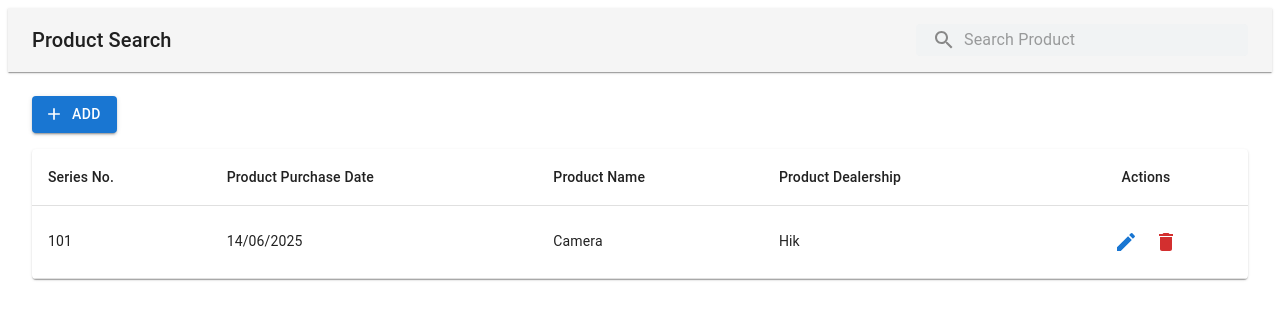
Repository: Sharathguru/Product_Task
Page: / (app in Frontend/)
An editor plug-in stored every save of this project. The page is shown before and after a run of saves, followed by the edit.
The browser window is 1280 px wide. The pictures show the whole page.
The project was rebuilt for these pictures with package versions that can differ from the ones it lists, and the page was loaded fresh each time. Requests to the local data server were answered from the project's data file. Also part of the build but not shown: Frontend/vite.config.js, Frontend/src/index.css, Frontend/src/Pages/Insert.jsx, Frontend/src/Pages/Update.jsx, Frontend/src/Pages/Delete.jsx.

Above is the page before, as saved 2025-06-13 15:46:41.

### Frontend/src/App.jsx
import React from 'react'
import { BrowserRouter, Route, Routes } from 'react-router-dom'
import { ToastContainer } from 'react-toastify';
import 'react-toastify/dist/ReactToastify.css';
import Home from './Components/Home'
import Insert from './Pages/Insert'
import Update from './Pages/Update'
import Fetch from './Pages/Fetch'
import Delete from './Pages/Delete'

const App = () => {
  return (
    <>
      <ToastContainer position="top-right" autoClose={2000} />
      <BrowserRouter>
      <Routes>
        <Route path="/" element={<Home />} />
        <Route path="/insert" element={<Insert />} />
        <Route path="/update" element={<Update />} />
        <Route path="/fetch" element={<Fetch />} />
        <Route path="/delete" element={<Delete />} />
      </Routes>
        {/* <Route path="*" element={<h1>404 Not Found</h1>} /> */}
      </BrowserRouter>
    </>
  )
}

export default App

### Frontend/src/Components/Home.jsx
import React from "react";
import Navbar from "./Navbar";
import Fetch from "../Pages/Fetch";

const Home = () => {
  const [search, setSearch] = React.useState("");

  return (
    <div>
      <Navbar search={search} setSearch={setSearch} />
      <Fetch search={search} />
    </div>
  );
};

export default Home;

### Frontend/src/Pages/Fetch.jsx
import React from "react";
import axios from "../axios/axios.js";
import { useNavigate } from "react-router-dom";
import DeleteIcon from "@mui/icons-material/Delete";
import EditIcon from "@mui/icons-material/Edit";
import AddIcon from "@mui/icons-material/Add";
import Table from "@mui/material/Table";
import TableBody from "@mui/material/TableBody";
import TableCell from "@mui/material/TableCell";
import TableContainer from "@mui/material/TableContainer";
import TableHead from "@mui/material/TableHead";
import TableRow from "@mui/material/TableRow";
import Paper from "@mui/material/Paper";
import IconButton from "@mui/material/IconButton";
import InputBase from "@mui/material/InputBase";
import Box from "@mui/material/Box";
import SearchIcon from "@mui/icons-material/Search";
import Button from "@mui/material/Button";
import { toast } from "react-toastify";

const Fetch = ({ search }) => {
  const [products, setProducts] = React.useState([]);
  const [error, setError] = React.useState("");
  const navigate = useNavigate();

  const fetchData = async () => {
    try {
      const res = await axios.get("/user");
      setProducts(res.data);
    } catch (err) {
      setError("Failed to fetch data.");
    }
  };

  React.useEffect(() => {
    fetchData();
  }, []);

  const handleDelete = async (seriesNo) => {
    if (!window.confirm("Are you sure you want to delete this product?")) return;
    try {
      await axios.delete(`/user/${seriesNo}`);
      setProducts(products.filter((item) => item.Series_No !== seriesNo));
      toast.success("Product deleted successfully!");
    } catch {
      toast.error("Delete failed.");
    }
  };

  const handleEdit = (seriesNo) => {
    navigate(`/update`, { state: { seriesNo } });
  };

  const handleAdd = () => {
    navigate("/insert");
  };

  const filteredProducts = products.filter((item) =>
    Object.values(item)
      .join(" ")
      .toLowerCase()
      .includes(search.toLowerCase())
  );

  return (
    <Box sx={{ p: 3 }}>
      <Box sx={{ display: "flex", alignItems: "center", mb: 2 }}>
        <Button
          variant="contained"
          color="primary"
          startIcon={<AddIcon />}
          onClick={handleAdd}
          sx={{ mr: 2 }}
        >
          Add
        </Button>
        {/* <Paper
          component="form"
          sx={{
            p: "2px 4px",
            display: "flex",
            alignItems: "center",
            width: 350,
            borderRadius: 2,
            boxShadow: 1,
          }}
        >
          <SearchIcon sx={{ ml: 1, mr: 1 }} />
          <InputBase
            sx={{ ml: 1, flex: 1 }}
            placeholder="Search Product"
            inputProps={{ "aria-label": "search product" }}
            value={search}
            onChange={(e) => setSearch(e.target.value)}
          />
        </Paper> */}
      </Box>
      <TableContainer component={Paper}>
        <Table sx={{}}>
          <TableHead>
            <TableRow>
              <TableCell>Series No.</TableCell>
              <TableCell>Product Purchase Date</TableCell>
              <TableCell>Product Name</TableCell>
              <TableCell>Product Dealership</TableCell>
              <TableCell align="center">Actions</TableCell>
            </TableRow>
          </TableHead>
          <TableBody>
            {filteredProducts.map((item, idx) => (
              <TableRow key={item.Series_No + idx}>
                <TableCell>{item.Series_No}</TableCell>
                <TableCell>
                  {item.Product_Purchase_Date &&
                    !isNaN(new Date(item.Product_Purchase_Date)) &&
                    new Date(item.Product_Purchase_Date).toLocaleDateString("en-GB")}
                </TableCell>
                <TableCell>{item.Product_Name}</TableCell>
                <TableCell>{item.Product_Dealership}</TableCell>
                <TableCell align="center">
                  <IconButton
                    color="primary"
                    onClick={() => handleEdit(item.Series_No)}
                  >
                    <EditIcon />
                  </IconButton>
                  <IconButton
                    color="error"
                    onClick={() => handleDelete(item.Series_No)}
                  >
                    <DeleteIcon />
                  </IconButton>
                </TableCell>
              </TableRow>
            ))}
            {filteredProducts.length === 0 && (
              <TableRow>
                <TableCell colSpan={5} align="center">
                  No products found.
                </TableCell>
              </TableRow>
            )}
          </TableBody>
        </Table>
      </TableContainer>
      {error && <p style={{ color: "red" }}>{error}</p>}
    </Box>
  );
};

export default Fetch;

### Frontend/src/Components/Navbar.jsx
import React from "react";
import AppBar from "@mui/material/AppBar";
import Toolbar from "@mui/material/Toolbar";
import Typography from "@mui/material/Typography";
import Box from "@mui/material/Box";
import InputBase from "@mui/material/InputBase";
import SearchIcon from "@mui/icons-material/Search";

const Navbar = ({ search, setSearch }) => {
  return (
    <AppBar position="static" color="default" elevation={1}>
      <Toolbar>
        <Box sx={{ display: "flex", alignItems: "center", flexGrow: 1 }}>
          <Typography variant="h6" color="inherit" noWrap>
            Product Search
          </Typography>
        </Box>
        <Box
          sx={{
            position: "relative",
            borderRadius: 1,
            backgroundColor: "#f1f3f4",
            marginLeft: 0,
            width: 300,
            display: "flex",
            alignItems: "center",
            px: 2,
          }}
        >
          <SearchIcon sx={{ color: "#888", mr: 1 }} />
          <InputBase
            placeholder="Search Product"
            inputProps={{ "aria-label": "search" }}
            fullWidth
            value={search}
            onChange={(e) => setSearch(e.target.value)}
          />
        </Box>
      </Toolbar>
    </AppBar>
  );
};

export default Navbar;

### Frontend/src/axios/axios.js
import axios from 'axios'

const instance = axios.create({
    baseURL: 'http://localhost:3000'
})
export default instance

### Frontend/backend/db.json
{
  "user": [

    {
      "id": "2793",
      "Series_No": "101",
      "Product_Purchase_Date": "2025-06-14",
      "Product_Name": "Camera",
      "Product_Dealership": "Hik"
    }
  ]
}

Loaded but not shown: Frontend/index.html (common file); Frontend/src/main.jsx (common file)

After the next 2 saves:
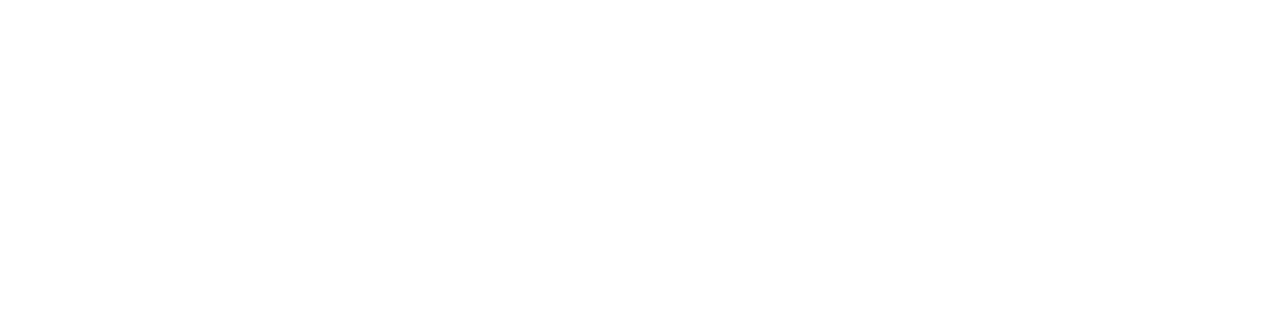
Console error: ReferenceError: pr is not defined
The 2 saves are shown as one change because they came seconds apart.
The last was saved 8 s later.
--- a/Frontend/src/Pages/Fetch.jsx
+++ b/Frontend/src/Pages/Fetch.jsx
@@ -96,7 +96,7 @@
         </Paper> */}
       </Box>
       <TableContainer component={Paper}>
-        <Table sx={{}}>
+        <Table sx={{pr}}>
           <TableHead>
             <TableRow>
               <TableCell>Series No.</TableCell>

After the 5 saves that followed:
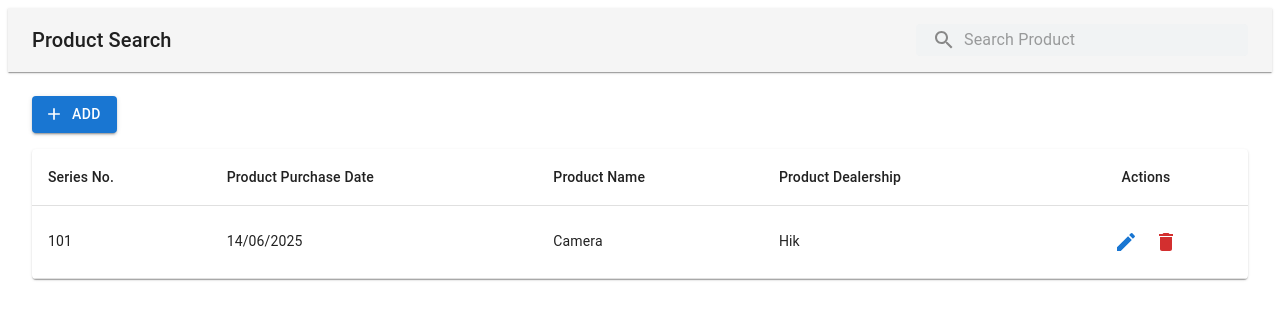
The error is gone.
The 5 saves are shown as one change because 1 left the picture as it was and some came seconds apart.
The last was saved 15 s later.
--- a/Frontend/src/Pages/Fetch.jsx
+++ b/Frontend/src/Pages/Fetch.jsx
@@ -96,7 +96,7 @@
         </Paper> */}
       </Box>
       <TableContainer component={Paper}>
-        <Table sx={{pr}}>
+        <Table sx={{pr:3}}>
           <TableHead>
             <TableRow>
               <TableCell>Series No.</TableCell>
